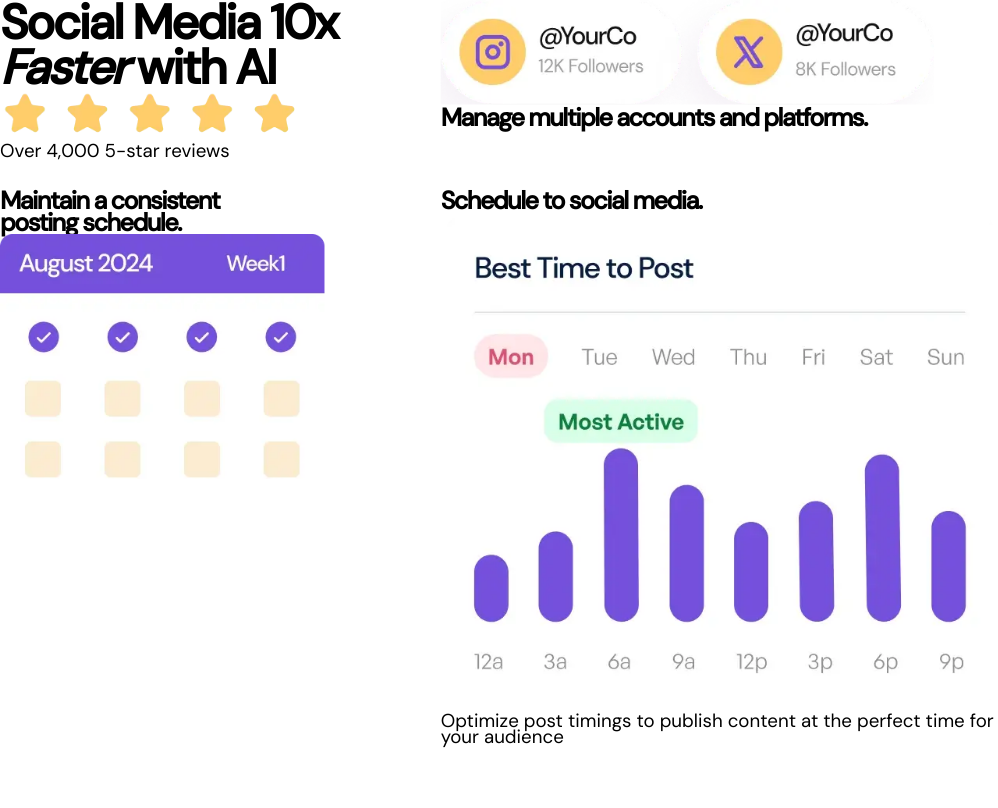
Repository: brandontaylor1/bento-grid
Page: index.html
The author's editor kept a copy of each file at every save. The page is drawn from the files as they stood at one save, then again after the next save.
The browser window is 1280 px wide. The pictures show the whole page, at 78% of full size.

Above is the page before, as saved 2025-01-21 21:42:48.

### index.html
<!DOCTYPE html>
<html lang="en">
<head>
    <meta charset="UTF-8">
    <meta name="viewport" content="width=device-width, initial-scale=1.0">
    <link rel="stylesheet" href="styles.css">
    <title>Bento Grid</title>
</head>
<body>
    <main class="container">
        <div class="grid-container">
            <div class="grid-item-1">
                <h1>Social Media <span>10x </span><em>Faster </em>with AI </h1>
                <img src="./assets/images/illustration-five-stars.webp" alt="five star images">
                <p>Over 4,000 5-star reviews</p>
            </div>
            <div class="grid-item-2">
                <img src="./assets/images/illustration-multiple-platforms.webp" alt="two social media images">
                <h3>Manage multiple accounts and platforms.</h3>
            </div>
            <div class="grid-item-3">
                <h3>Maintain a consistent <br> posting schedule.</h3>
                <img src="./assets/images/illustration-consistent-schedule.webp" alt="schedule">
            </div>
            <div class="grid-item-4">
                <h3>Schedule to social media.</h3>
                <img src="./assets/images/illustration-schedule-posts.webp" alt="schedule of posts">
                <p>Optimize post timings to publish content at the perfect time for your audience</p>
            </div>
        </div>
    </main>

</body>
</html>

### styles.css

@font-face {
    font-family: "DMSans-Medium";
    src: url('./assets/fonts/DMSans-Medium.ttf') format('truetype');
    font-weight: 500;
    font-style: normal;
}

@font-face {
    font-family: "DMSans-MediumItalic";
    src: url('./assets/fonts/DMSans-MediumItalic.ttf') format('truetype');
    font-weight: 500;
    font-style: italic;
}

@font-face {
    font-family: "DMSans-Regular";
    src: url('./assets/fonts/DMSans-Regular.ttf') format('truetype');
    font-weight: 400;
    font-style: normal;
}

* {
    margin: 0;
    padding: 0;
    box-sizing: border-box;

}

/* COLORS */
:root {
    --purple100: hsl(254, 88%, 90%);
    --purple500: hsl(256, 67%, 59%);

    --yellow100: hsl(31, 66%, 93%);
    --yellow500: hsl(39, 100%, 71%);

    --white: hsl(0, 0%, 100%);
    --black: hsl(0, 0%, 0%);
    --font-black: #121212;

    --spacing-5: 40px;
    --spacing-4: 32px;
    --spacing-3: 24px;
    --spacing-2: 16px;
    --spacing-1: 8px;
}

/* TYPOGRAPHY */
h1 {
    font-family: "DMSans-Medium", sans-serif;
    font-size: 62px;
    line-height: 93.5%;
    letter-spacing: -3px;
}

h2 {
    font-family: "DMSans-Medium", sans-serif;
    font-size: 40px;
    line-height: 90%;
    letter-spacing: -2px;
}

h3 {
    font-family: "DMSans-Medium", sans-serif;
    font-size: 32px;
    line-height: 87.5%;
    letter-spacing: -2px;
}

p {
    font-family: "DMSans-Regular", sans-serif;
    font-size: 24px;
    line-height: 87.5%;
    letter-spacing: 0px;
}

.container {
    display: flex;
    flex-direction: column;
    align-items: center;
    justify-content: center;
}

.grid-container {
    display: grid;
    grid-template-columns: repeat(2, 1fr);
    grid-template-rows: repeat(4, auto);
    gap: var(--spacing-5);
    padding: var(--spacing-5), var(--spacing-4);
}



/* RESPONSIVE */

/* MOBILE */
@media screen and (max-width: 480px) {
    .container {
        padding: 40px 16px;
        background-color: #F6F5F6;
    }

    .grid-container {
        display: grid;
        grid-template-columns: 1fr;
        grid-template-rows: repeat(8, auto);
        gap: var(--spacing-4);
    }

    .grid-item-1 {
        background-color: var(--purple500);
        color: var(--white);
        text-align: center;
        padding: 40px 32px;
        border-radius: 10px;
        width: 100%;
    }

    .grid-item-1 h1 {
        padding-bottom: 24px;
    }

    .grid-item-1 img {
        width: 192px;
        padding-bottom: 8px;
    }

    .grid-item-1 span {
        color: var(--yellow500);
    }

    .grid-item-2 {
        background-color: var(--white);
        padding: 16px;
        border-radius: 10px;
    }
    .grid-item-2 img {
        width: 100%;
    }

    .grid-item-2 h3 {
        color: #121212;
    }

    .grid-item-3 {
        background-color: var(--yellow500);
        padding: 16px;
        border-radius: 10px;
        overflow: hidden;
    }

    .grid-item-3 img {
        width: 288px;
        height: auto;
        padding-top: 16px;
        margin-bottom: -40px;
    }

    .grid-item-4 {
        background-color: var(--purple100);
        padding: 32px;
        border-radius: 10px;
        text-align: center;
    }

    .grid-item-4 img {
        width: 100%;
        padding: 24px 0;

    }
}

After the next save:
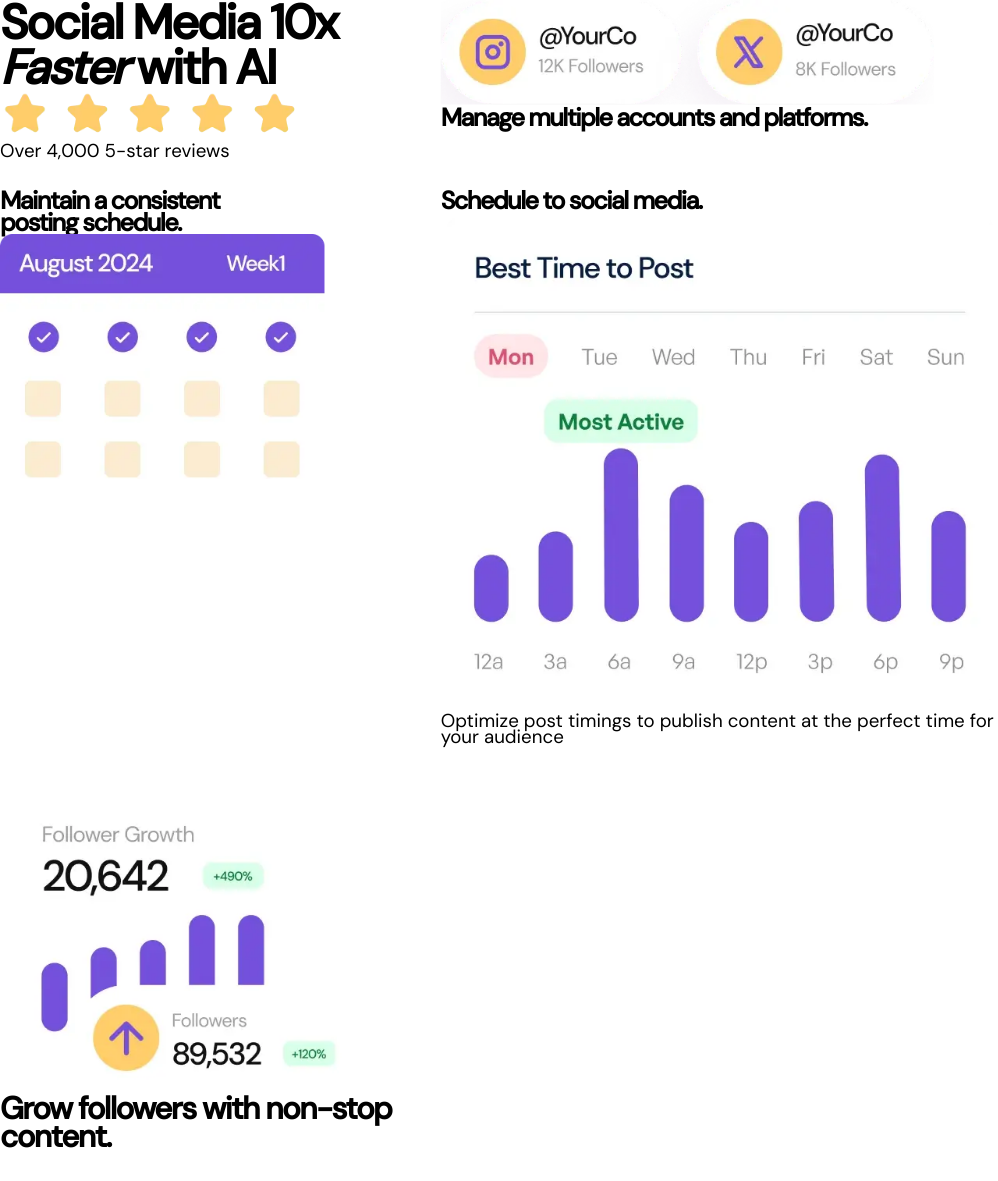
Saved 2 min 52 s later.
--- a/index.html
+++ b/index.html
@@ -27,6 +27,10 @@
                 <img src="./assets/images/illustration-schedule-posts.webp" alt="schedule of posts">
                 <p>Optimize post timings to publish content at the perfect time for your audience</p>
             </div>
+            <div class="grid-item-5">
+                <img src="./assets/images/illustration-grow-followers.webp" alt="follower growth">
+                <h2>Grow followers with non-stop content.</h2>
+            </div>
         </div>
     </main>
 
